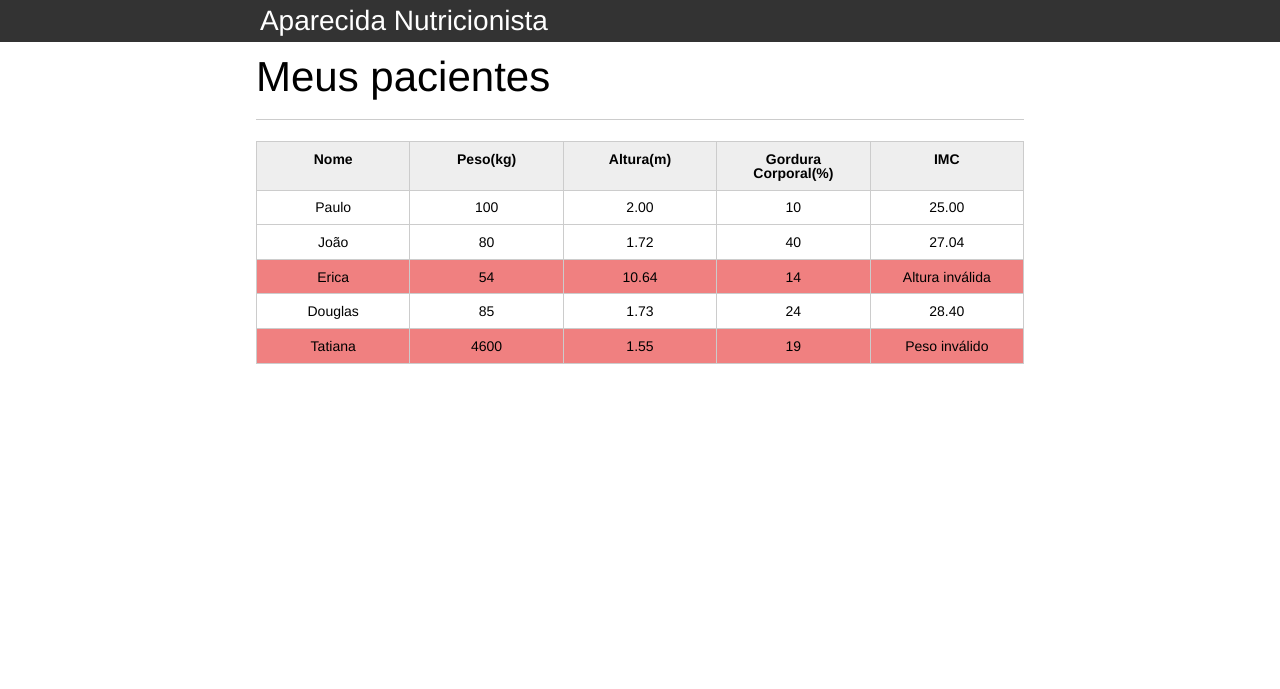
Repository: prof-fernando-alves/introducao-javascript
Page: index.html
An editor plug-in stored every save of this project. The page is shown before and after a run of saves, followed by the edit.
The browser window is 1280 px wide. The pictures show the whole page.

Above is the page before, as saved 2021-09-14 14:43:45.

### index.html
<!DOCTYPE html>
<html lang="pt-br">
	<head>
		<meta charset="UTF-8">
		<title>Aparecida Nutrição</title>
		<link rel="icon" href="favicon.ico" type="image/x-icon">
		<link rel="stylesheet" type="text/css" href="css/reset.css">
		<link rel="stylesheet" type="text/css" href="css/index.css">

	</head>
	<body>

		<header>
			<div class="container">
				<h2 class="titulo">Aparecida Nutrição</h2>
			</div>
		</header>
		<main>
			<section class="container">
				<h2>Meus pacientes</h2>
				<table>
					<thead>
						<tr>
							<th>Nome</th>
							<th>Peso(kg)</th>
							<th>Altura(m)</th>
							<th>Gordura Corporal(%)</th>
							<th>IMC</th>
						</tr>
					</thead>
					<tbody id="tabela-pacientes">
						<tr class="paciente" id="primeiro-paciente">
							<td class="info-nome">Paulo</td>
							<td class="info-peso">100</td>
							<td class="info-altura">2.00</td>
							<td class="info-gordura">10</td>
							<td class="info-imc">0</td>
						</tr>

						<tr class="paciente" >
							<td class="info-nome">João</td>
							<td class="info-peso">80</td>
							<td class="info-altura">1.72</td>
							<td class="info-gordura">40</td>
							<td class="info-imc">0</td>
						</tr>

						<tr class="paciente" >
							<td class="info-nome">Erica</td>
							<td class="info-peso">54</td>
							<td class="info-altura">10.64</td>
							<td class="info-gordura">14</td>
							<td class="info-imc">0</td>
						</tr>

						<tr class="paciente">
							<td class="info-nome">Douglas</td>
							<td class="info-peso">85</td>
							<td class="info-altura">1.73</td>
							<td class="info-gordura">24</td>
							<td class="info-imc">0</td>
						</tr>
						<tr class="paciente" >
							<td class="info-nome">Tatiana</td>
							<td class="info-peso">4600</td>
							<td class="info-altura">1.55</td>
							<td class="info-gordura">19</td>
							<td class="info-imc">0</td>
						</tr>
					</tbody>
				</table>

			</section>
		</main>

		<script src="js/principal.js" ></script>

	</body>
</html>

### css/index.css
*{
	box-sizing: border-box;
 }

body{
	font-family: "Helvetica Neue", "Helvetica", Helvetica, Arial, sans-serif;
	font-size: 14px;
}

header{
	background-color: #333;
	height: 3em;
	color: #FFF;
	margin-bottom: 1em;
}

header h1{
	font-size: 2em;
	display:inline-block;
	vertical-align:	middle;
}
header h2{
	font-size: 2em;
	display:inline-block;
	vertical-align:	middle;
}

header .container:before{
	content: '';
	display:inline-block;
	height: 100%;
	vertical-align:	middle;
}

.container{
	width: 60%;
	height: 100%;
	margin: 0 auto;
}

section{
	margin: 2em 0;
	overflow: hidden;
}

section h2{
	font-size: 3em;
	display: block;
	padding-bottom: .5em;
	border-bottom: 1px solid #ccc;
	margin-bottom: .5em;
}

table{
	width: 100%;
	margin-bottom : .5em;
    table-layout: fixed;

}

td, th {
	padding: .7em;
	margin: 0;
	border: 1px solid #ccc;
	text-align: center;
}

th{
	font-weight: bold;
	background-color: #EEE;
}

label{
	color: #555;
	display: block;
	margin-bottom: .2em;
}

.campo{
	margin: 0;
	padding-bottom: 1em;
	width: 100%;
	border: 1px solid #ccc;
	padding: .7em;
	width: 100%;
}

.campo-medio{
	display: inline-block;
	padding-right: .5em;
}

.grupo{
	width: 32%;
	display: inline-block;
	padding: 10px 0px;
}

button{
	padding: .5em 2em;
	border: 0;
	border-bottom: 3px solid;
	font-size: 1.2em;
	cursor: pointer;
	margin: 0;
	margin-top: -3px;
	color: #fff;
	background-color:#0c8cd3;
	border-color: #04324c;
	width: 20%;
    display: block;
    clear: both;
    margin: 10px 0px;

}

button:active{
	margin-top:0px;
	border: 0;
}

button[disabled=disabled], button:disabled {
    background-color: gray;
	border-color: darkgray;

}

.adicionar-paciente{
    margin-top: 30px;
}

.campo-invalido{
	border: 1px solid red;
}

.paciente-invalido{
	background-color : lightcoral;
}

### js/principal.js
var titulo = document.querySelector(".titulo");
titulo.textContent = "Aparecida Nutricionista";

var pacientes = document.querySelectorAll(".paciente");

for (var i=0; i < pacientes.length; i++){
        var paciente = pacientes[i]

        var tdPeso = paciente.querySelector(".info-peso");
        var peso = tdPeso.textContent;

        var tdAltura = paciente.querySelector(".info-altura");
        var altura = tdAltura.textContent;

        var tdImc = paciente.querySelector(".info-imc");

        var pesoEhValido = true;
        var alturaEhValida = true;

        if (peso <= 0 || peso >= 1000) {
            console.log("Peso inválido!");
            pesoEhValido = false;
            tdImc.textContent = "Peso inválido";
            paciente.classList.add("paciente-invalido")
        }

        if (altura <= 0 || altura >= 3.00) {
            console.log("Altura inválida!");
            alturaEhValida = false;
            tdImc.textContent = "Altura inválida";
            paciente.classList.add("paciente-invalido")

        }

        if (pesoEhValido && alturaEhValida) {
            var imc = peso / (altura * altura);
            tdImc.textContent = imc.toFixed(2);
}
}

Loaded but not shown: css/reset.css (common file)

After the next 2 saves:
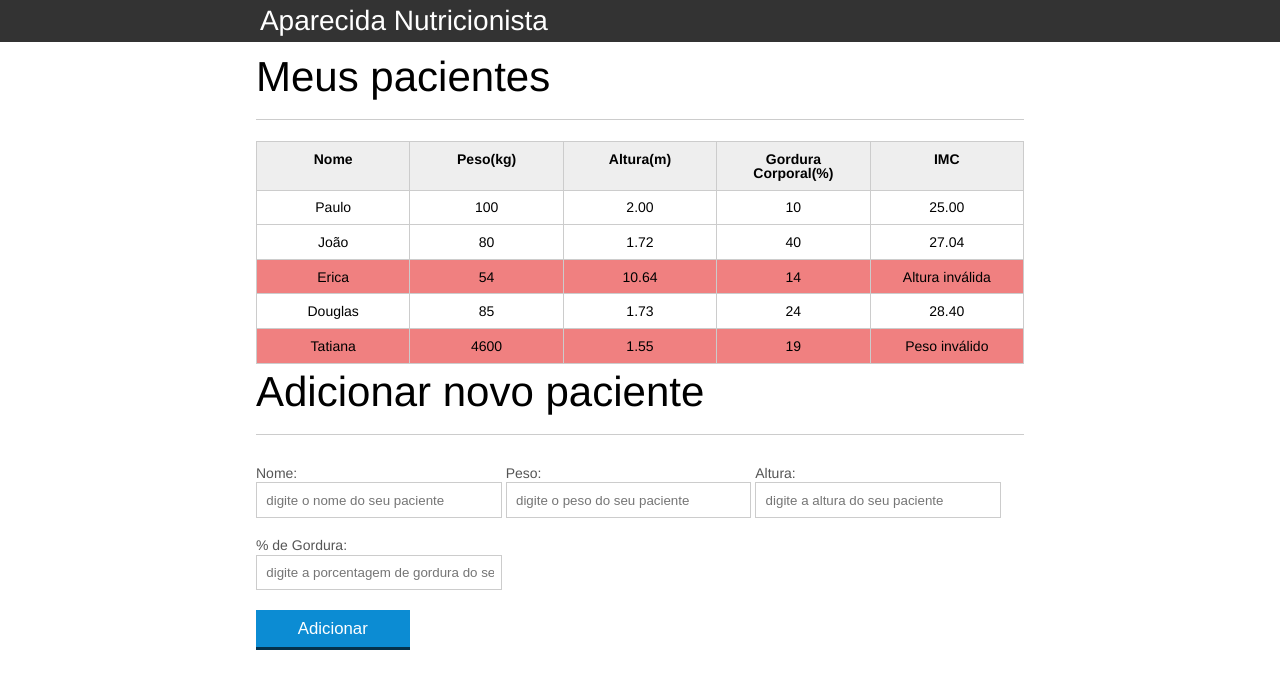
The 2 saves are shown as one change because they came seconds apart.
The last was saved 2 min 29 s later.
--- a/index.html
+++ b/index.html
@@ -72,6 +72,30 @@
 
 			</section>
 		</main>
+		<!-- ... -->
+<section class="container">
+    <h2 id="titulo-form">Adicionar novo paciente</h2>
+    <form>
+        <div class="grupo">
+            <label for="nome">Nome:</label>
+            <input id="nome" name="nome" type="text" placeholder="digite o nome do seu paciente" class="campo">
+        </div>
+        <div class="grupo">
+            <label for="peso">Peso:</label>
+            <input id="peso" name="peso" type="text" placeholder="digite o peso do seu paciente" class="campo campo-medio">
+        </div>
+        <div class="grupo">
+            <label for="altura">Altura:</label>
+            <input id="altura" name="altura" type="text" placeholder="digite a altura do seu paciente" class="campo campo-medio">
+        </div>
+        <div class="grupo">
+            <label for="gordura">% de Gordura:</label>
+            <input id="gordura" type="text" placeholder="digite a porcentagem de gordura do seu paciente" class="campo campo-medio">
+        </div>
+
+        <button id="adicionar-paciente" class="botao bto-principal">Adicionar</button>
+    </form>
+</section>
 
 		<script src="js/principal.js" ></script>
 
